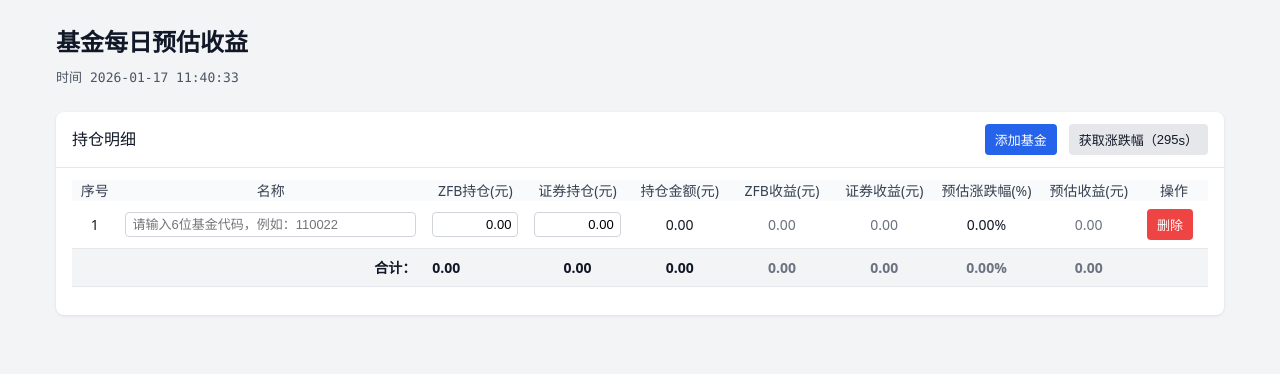
Repository: zt-boom/finance
Page: index.html
An editor plug-in stored every save of this project. The page is shown before and after the next save, followed by the edit.
The browser window is 1280 px wide. The pictures show the whole page.

Above is the page before, as saved 2026-01-17 19:22:51.

After the next save:
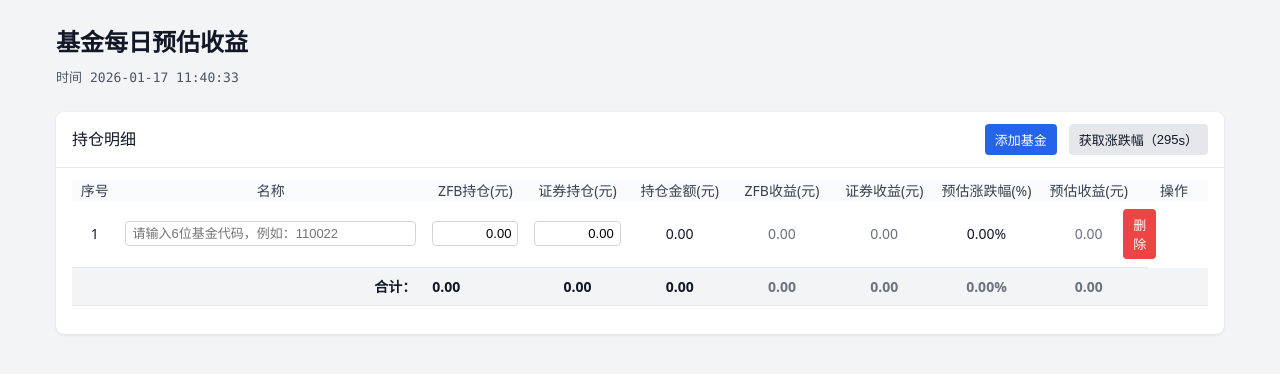
Saved 2 min 18 s later.
--- a/style.css
+++ b/style.css
@@ -166,6 +166,12 @@
  width: 6%;
 padding-left: 0;
 text-align: center;
+}
+
+.fund-table td:nth-child(10) {
+ display: flex;
+ justify-content: center;
+ align-items: center;
 }
 
 .fund-table th:nth-child(3),

After the save that followed:
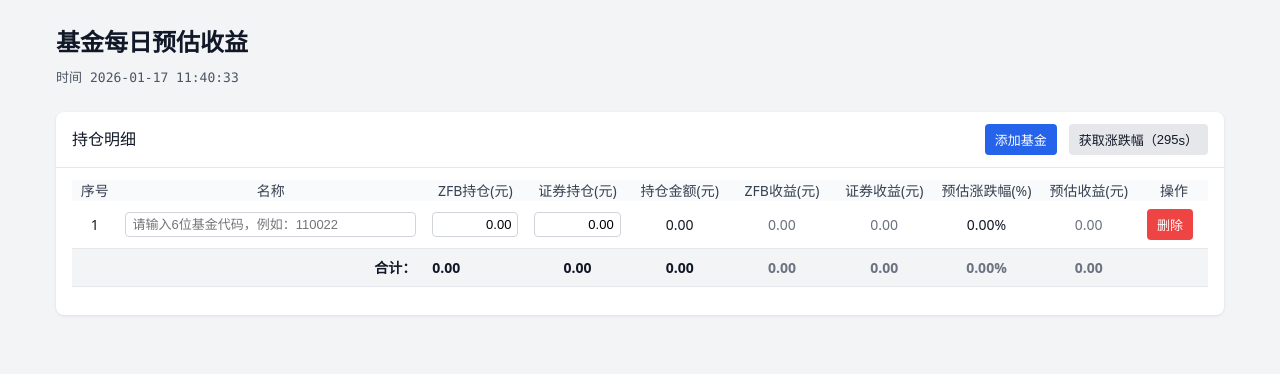
Saved 53 s later.
--- a/style.css
+++ b/style.css
@@ -166,12 +166,6 @@
  width: 6%;
 padding-left: 0;
 text-align: center;
-}
-
-.fund-table td:nth-child(10) {
- display: flex;
- justify-content: center;
- align-items: center;
 }
 
 .fund-table th:nth-child(3),
